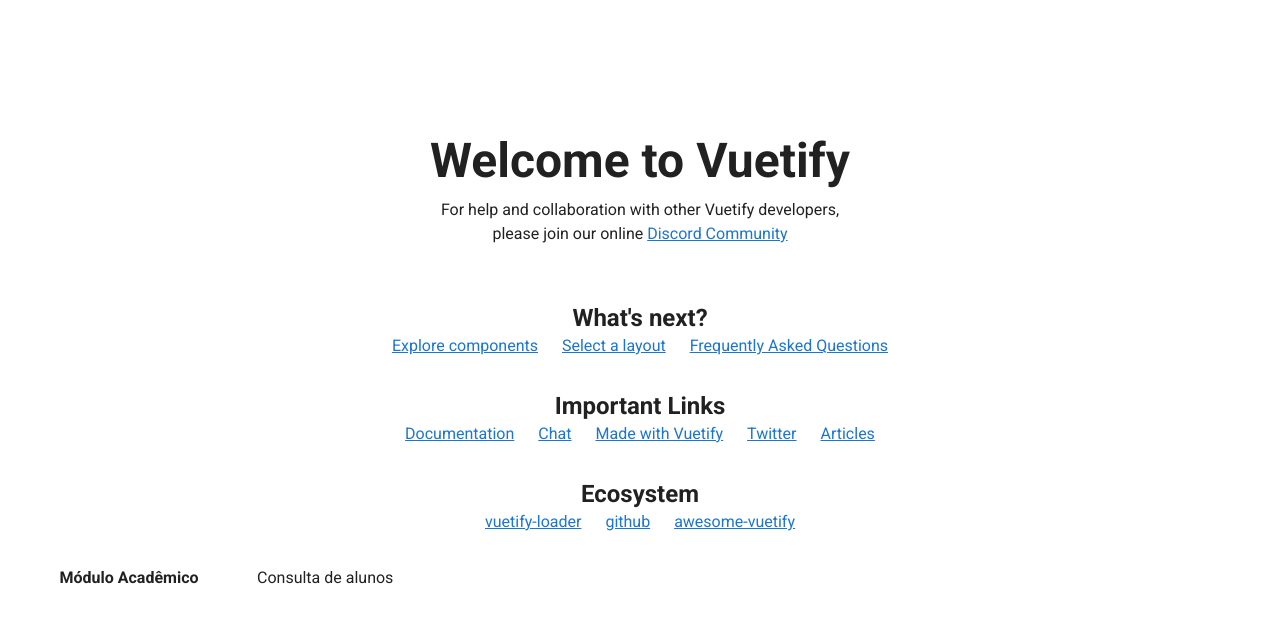
Repository: sergiohidekiono/vue-student
Page: /
An editor plug-in stored every save of this project. The page is shown before and after the next save, followed by the edit.
The browser window is 1280 px wide. The pictures show the whole page.
The project was rebuilt for these pictures with package versions that can differ from the ones it lists, and the page was loaded fresh each time. Also part of the build but not shown: vue.config.js.

Above is the page before, as saved 2024-08-07 09:11:33.

After the next save:
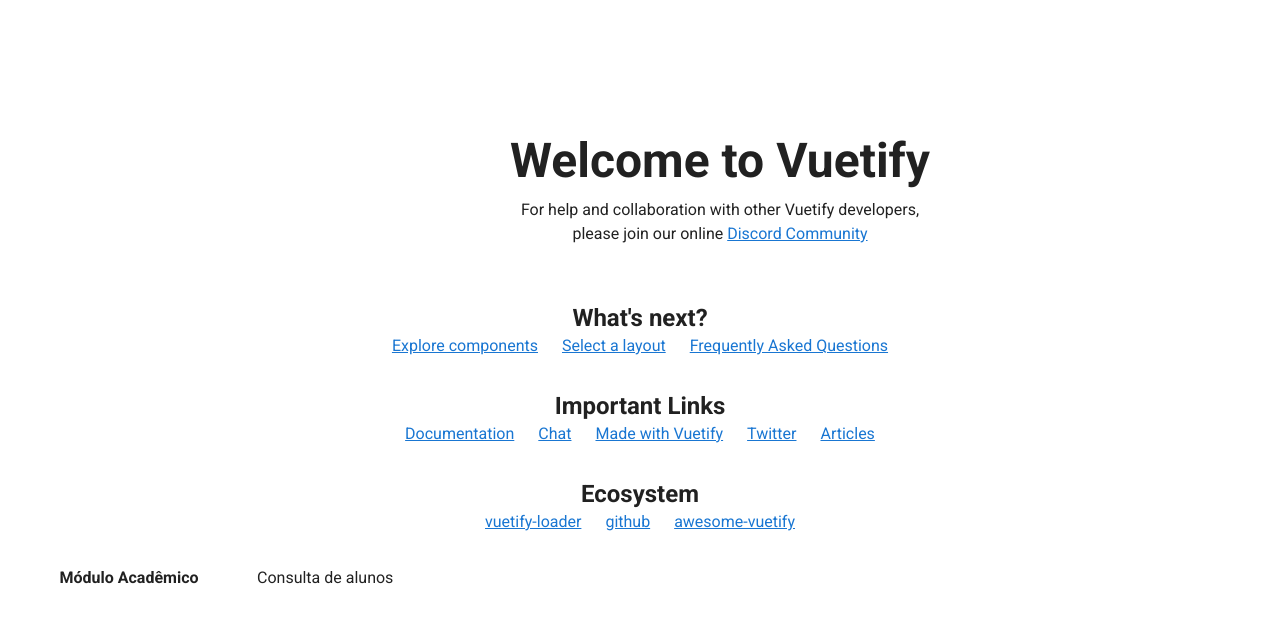
Saved 26 s later.
--- a/src/components/HelloWorld.vue
+++ b/src/components/HelloWorld.vue
@@ -1,8 +1,9 @@
 <template>
   <v-container>
     <v-row class="text-center">
-
-
+      <div class="d-flex align-start">
+        <v-img :src="require('./assets/logo.png')" class="my-3" contain height="100" />
+      </div>
       <v-col class="mb-4">
         <h1 class="display-2 font-weight-bold mb-3">
           Welcome to Vuetify
